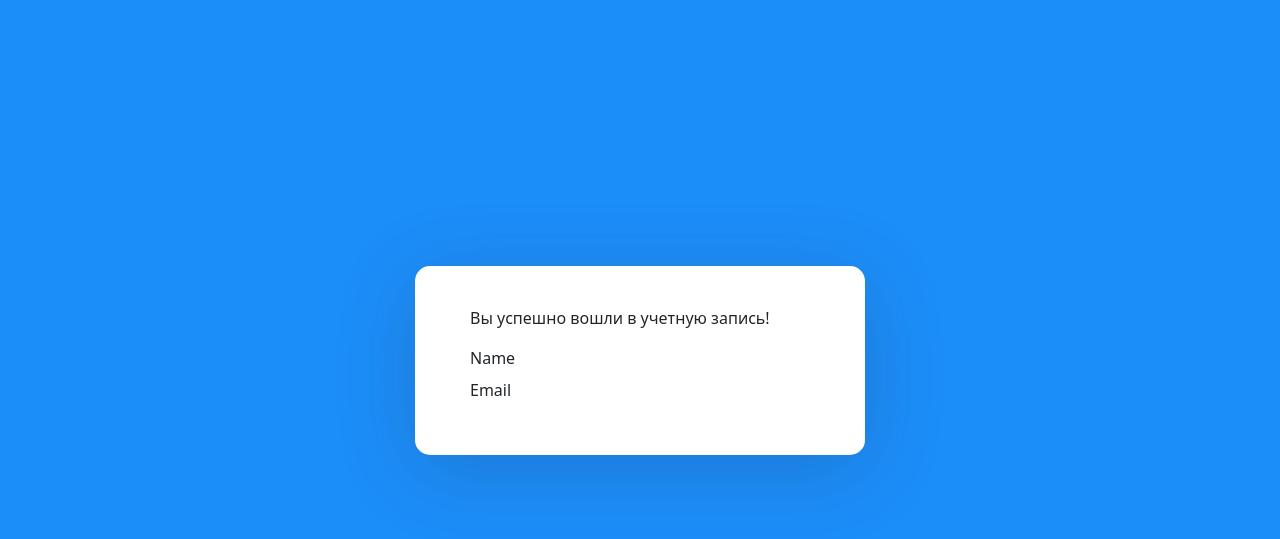
Repository: bandikost/cartoon
Page: /userDetails
The author's editor kept a copy of each file at every save. The page is drawn from the files as they stood at one save, then again after the next save.
The browser window is 1280 px wide. The pictures show the whole page.
The page's requests for data from a server got no answer. The project was rebuilt for these pictures with package versions that can differ from the ones it lists, and the page was loaded fresh each time. No one was signed in, and anything a server would have sent is missing. Also part of the build but not shown: src/components/signup_component.js. Imported but missing from the stored project, and not drawn on this page: src/components/login_component.

Above is the page before, as saved 2022-11-28 17:48:03.

After the next save:
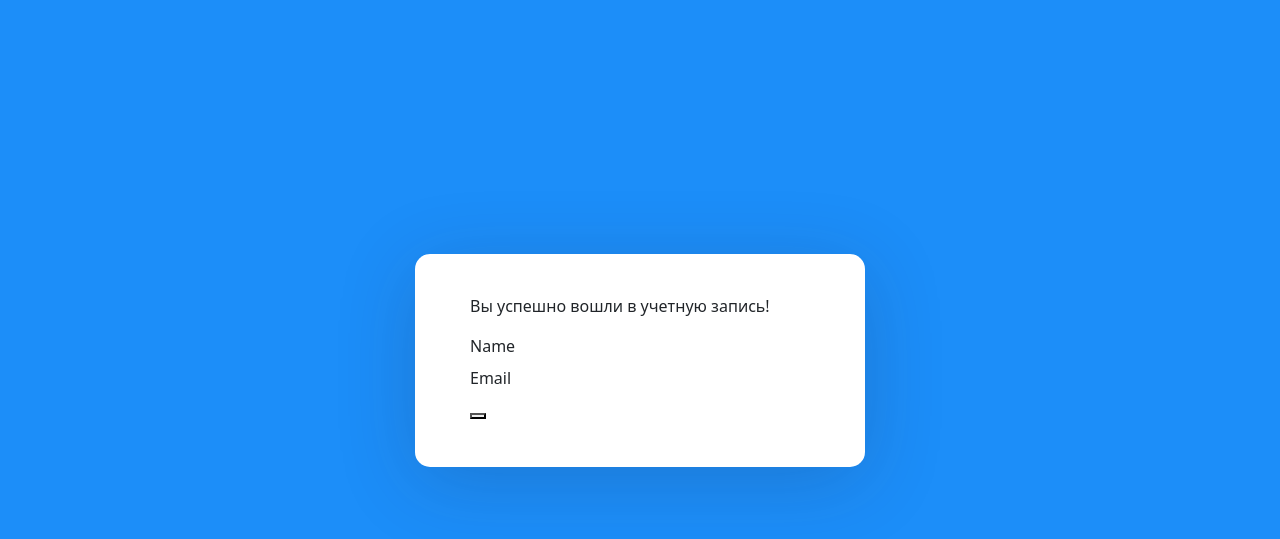
Saved 19 s later.
--- a/src/components/userDetails.js
+++ b/src/components/userDetails.js
@@ -32,11 +32,9 @@ export default class UserDetails extends Component {
         <p>Вы успешно вошли в учетную запись!</p>
         Name<h1>{this.state.userData.fname}</h1>
         Email <h1>{this.state.userData.email}</h1>
+        <button></button>
       </div>
 
     );
-    <div>
-      asdfsdf
-    </div>
   }
 }
